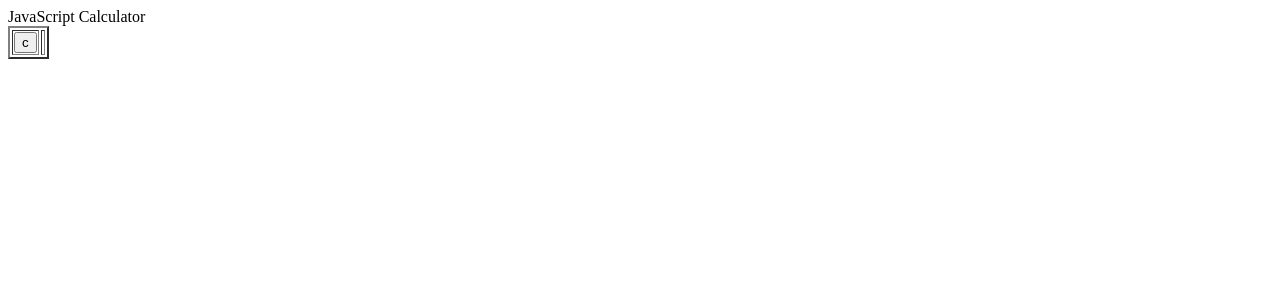
Repository: spidero7/Simple-Calculator
Page: index.html
These files come from the project's save history. The page is drawn as it stood at one moment and after a run of saves; the edit follows.
The browser window is 1280 px wide. The pictures show the whole page.

Above is the page before, as saved 2021-09-15 06:41:16.

### index.html
<!DOCTYPE html>
<html lang="en">
<head>
    <meta charset="UTF-8">
    <meta http-equiv="X-UA-Compatible" content="IE=edge">
    <meta name="viewport" content="width=device-width, initial-scale=1.0">
    <title>Calculator</title>
    <link rel="stylesheet" href="style.css">
</head>
<body>
    <div class="title">JavaScript Calculator</div>
    <table border="2">
        <tr>
            <td><input type="button" value="c" onclick="clr()"/></td>
            <td colspan="3"></td>
        </tr>
    </table>
    <script src="app.js"></script>
</body>
</html>

Loaded but not shown: app.js (no copy from this time; the picture is the same without it); style.css (no copy from this time; the picture is the same without it)

After the next 3 saves:
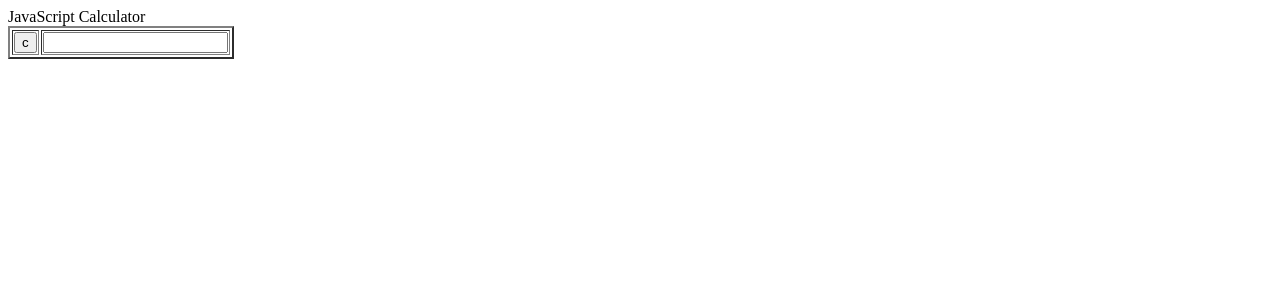
The 3 saves are shown as one change because they came seconds apart.
The last was saved 23 s later.
--- a/index.html
+++ b/index.html
@@ -12,7 +12,7 @@
     <table border="2">
         <tr>
             <td><input type="button" value="c" onclick="clr()"/></td>
-            <td colspan="3"></td>
+            <td colspan="3"><input type</td>
         </tr>
     </table>
     <script src="app.js"></script>
